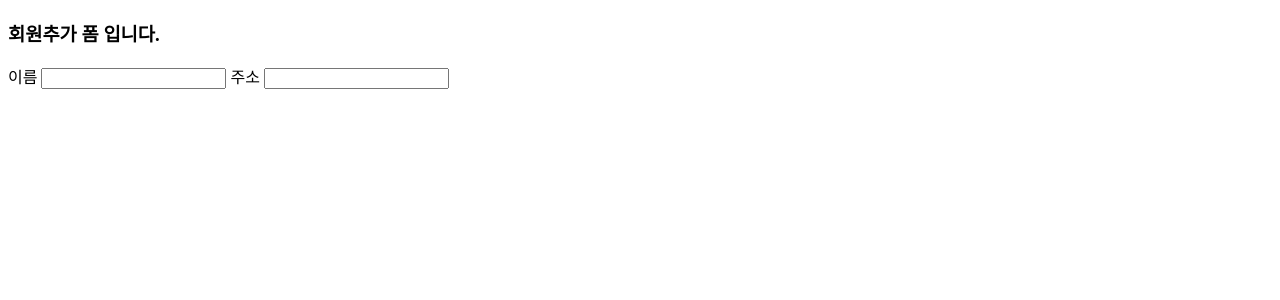
Repository: hyunhee7/python_work
Page: Django03_CRUD/templates/member/insertform.html
An editor plug-in stored every save of this project. The page is shown before and after a run of saves, followed by the edit.
The browser window is 1280 px wide. The pictures show the whole page.

Above is the page before, as saved 2017-08-21 02:18:57.

After the next 2 saves:
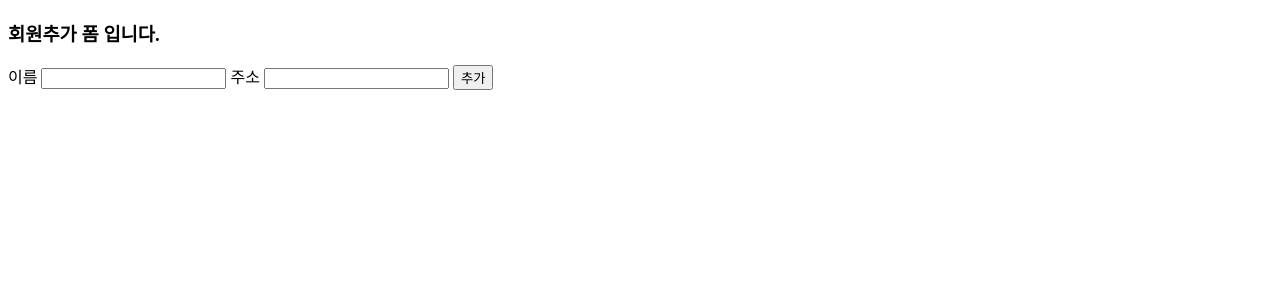
The 2 saves are shown as one change because they came seconds apart.
The last was saved 12 s later.
--- a/Django03_CRUD/templates/member/insertform.html
+++ b/Django03_CRUD/templates/member/insertform.html
@@ -11,6 +11,7 @@
 	<input type="text" name="name" id="name" />
 	<label for="addr">주소</label>
 	<input type="text" name="addr" id="addr" />
+	<button type="submit">추가</button>
 </form>
 </body>
 </html>
